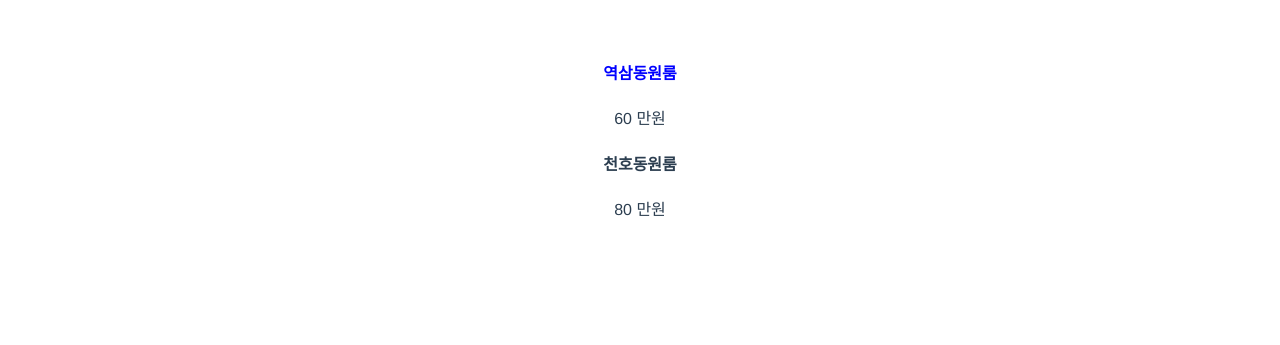
Repository: jy0813/Function
Page: / (app in function/)
An editor plug-in stored every save of this project. The page is shown before and after the next save, followed by the edit.
The browser window is 1280 px wide. The pictures show the whole page.
The project was rebuilt for these pictures with package versions that can differ from the ones it lists, and the page was loaded fresh each time.

Above is the page before, as saved 2022-02-07 14:50:46.

### function/src/App.vue
<template>
<div>
  <h4 :style="style">{{products[0]}}</h4>
  <p>{{price1}} 만원</p>
</div>
<div>
  <h4>{{products[1]}}</h4>
  <p>{{price2}} 만원</p>
</div>
</template>

<script>


export default {
  name: 'App',
  data() {
    return {
      price1: 60,
      price2: 80,
      style : 'color : blue',
      products:['역삼동원룸','천호동원룸','마포구원룸'],
    }
  }
}
</script>

<style>
#app {
  font-family: Avenir, Helvetica, Arial, sans-serif;
  -webkit-font-smoothing: antialiased;
  -moz-osx-font-smoothing: grayscale;
  text-align: center;
  color: #2c3e50;
  margin-top: 60px;
}
</style>

Loaded but not shown: function/public/index.html (common file); function/src/main.js (common file)

After the next save:
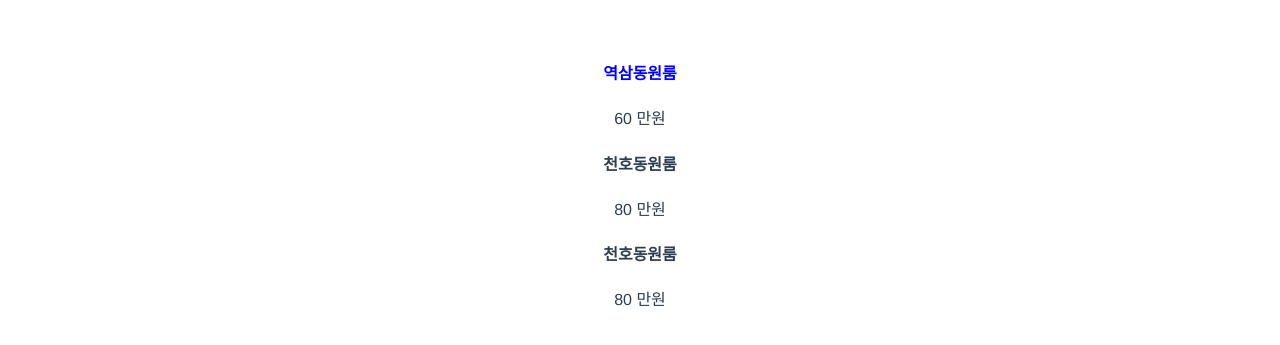
Saved 13 s later.
--- a/function/src/App.vue
+++ b/function/src/App.vue
@@ -2,6 +2,10 @@
 <div>
   <h4 :style="style">{{products[0]}}</h4>
   <p>{{price1}} 만원</p>
+</div>
+<div>
+  <h4>{{products[1]}}</h4>
+  <p>{{price2}} 만원</p>
 </div>
 <div>
   <h4>{{products[1]}}</h4>
@@ -18,6 +22,7 @@ export default {
     return {
       price1: 60,
       price2: 80,
+      price3: 100,
       style : 'color : blue',
       products:['역삼동원룸','천호동원룸','마포구원룸'],
     }
